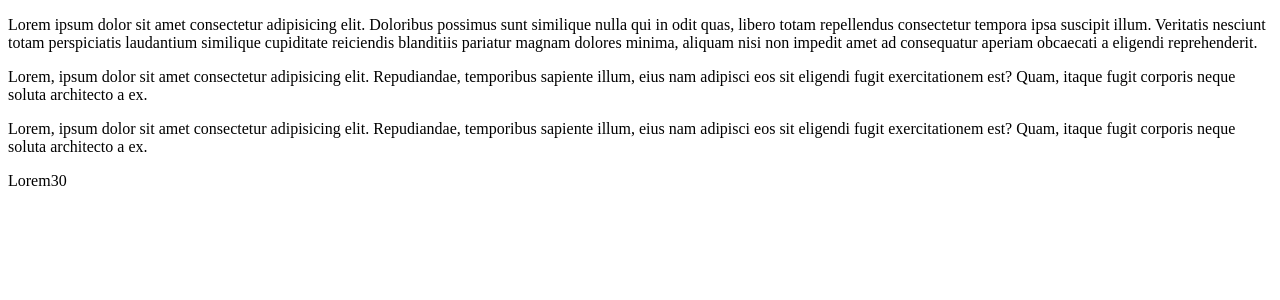
Repository: KikiMcArron/Don_Kiki_McArron
Page: index.html
An editor plug-in stored every save of this project. The page is shown before and after the next save, followed by the edit.
The browser window is 1280 px wide. The pictures show the whole page.

Above is the page before, as saved 2022-04-08 12:24:56.

### index.html
<!DOCTYPE html>
<html lang="pl">

<head>
    <meta charset="UTF-8">
    <meta http-equiv="X-UA-Compatible" content="IE=edge">
    <meta name="viewport" content="width=device-width, initial-scale=1.0">
    <title>Document</title>
</head>

<body>
    <header>
        <nav></nav>
    </header>
    <main>
        <section class="last_entrie">
            <article>
                <p>Lorem ipsum dolor sit amet consectetur adipisicing elit. Doloribus possimus sunt similique nulla qui in
                    odit quas, libero totam repellendus consectetur tempora ipsa suscipit illum. Veritatis nesciunt totam
                    perspiciatis laudantium similique cupiditate reiciendis blanditiis pariatur magnam dolores minima,
                    aliquam nisi non impedit amet ad consequatur aperiam obcaecati a eligendi reprehenderit.</p>

            </article>
        </section>
        <section class="prev_entries">
            <article><p>Lorem, ipsum dolor sit amet consectetur adipisicing elit. Repudiandae, temporibus sapiente illum, eius nam adipisci eos sit eligendi fugit exercitationem est? Quam, itaque fugit corporis neque soluta architecto a ex.</p></article>
            <article><p>Lorem, ipsum dolor sit amet consectetur adipisicing elit. Repudiandae, temporibus sapiente illum, eius nam adipisci eos sit eligendi fugit exercitationem est? Quam, itaque fugit corporis neque soluta architecto a ex.</p></article>
            <article>Lorem30</article>
        </section>
        <section class="hitory_entries"></section>
    </main>
    <aside class="notes"></aside>
    <aside class="projects"></aside>
    <footer></footer>
</body>

</html>

After the next save:
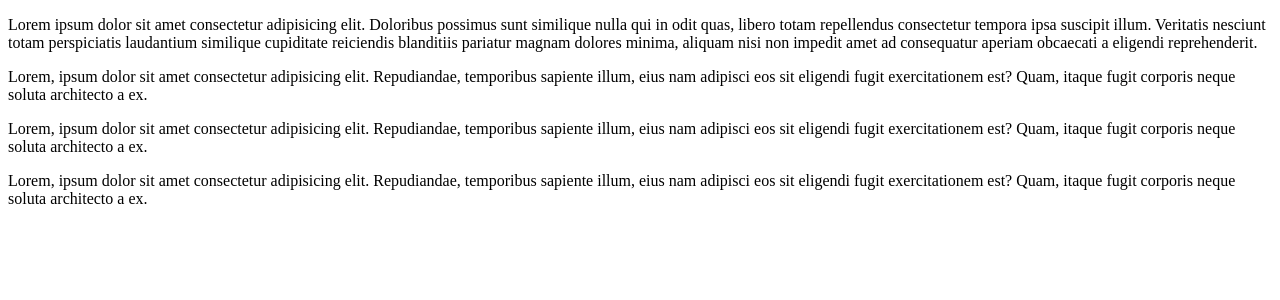
Saved 5 s later.
--- a/index.html
+++ b/index.html
@@ -25,7 +25,7 @@
         <section class="prev_entries">
             <article><p>Lorem, ipsum dolor sit amet consectetur adipisicing elit. Repudiandae, temporibus sapiente illum, eius nam adipisci eos sit eligendi fugit exercitationem est? Quam, itaque fugit corporis neque soluta architecto a ex.</p></article>
             <article><p>Lorem, ipsum dolor sit amet consectetur adipisicing elit. Repudiandae, temporibus sapiente illum, eius nam adipisci eos sit eligendi fugit exercitationem est? Quam, itaque fugit corporis neque soluta architecto a ex.</p></article>
-            <article>Lorem30</article>
+            <article><p>Lorem, ipsum dolor sit amet consectetur adipisicing elit. Repudiandae, temporibus sapiente illum, eius nam adipisci eos sit eligendi fugit exercitationem est? Quam, itaque fugit corporis neque soluta architecto a ex.</p></article>
         </section>
         <section class="hitory_entries"></section>
     </main>
